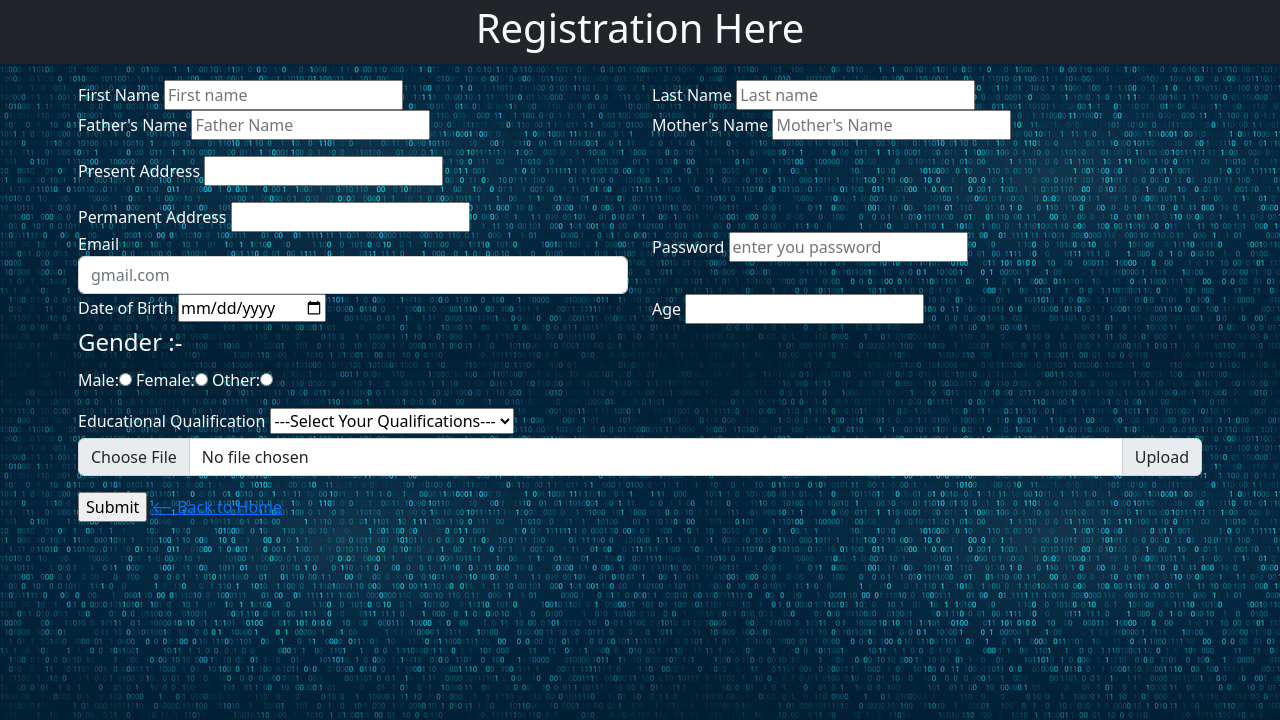
Repository: OmarFaruq97/JspServlet
Page: http://localhost/Form/pages/MainForm.jsp
These files come from the project's save history. The page is drawn as it stood at one moment and after the next save; the edit follows.
The browser window is 1280 px wide. The pictures show the whole page.
The page is served by Tomcat 9.

Above is the page before, as saved 2025-02-07 12:22:24.

After the next save:
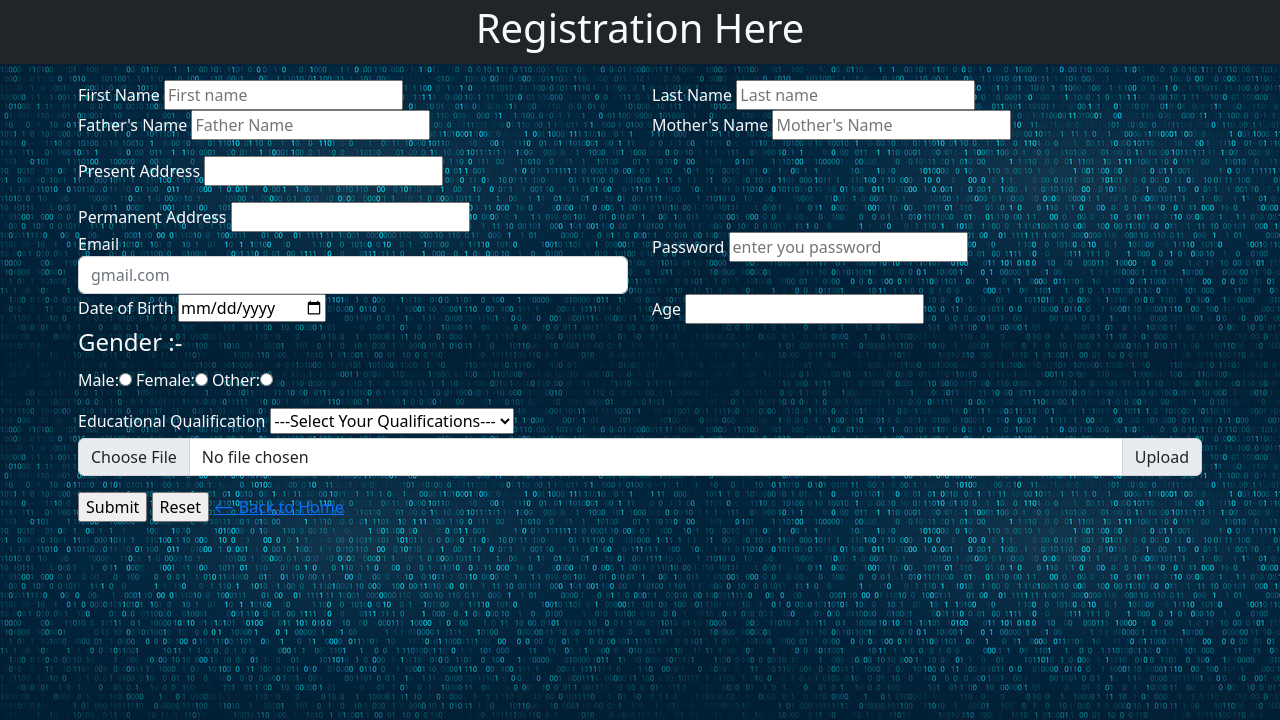
Saved 94 s later.
--- a/Form/src/main/webapp/pages/MainForm.jsp
+++ b/Form/src/main/webapp/pages/MainForm.jsp
@@ -111,6 +111,7 @@
 
       <div class="mt-3">
         <input type="Submit" name="" value="Submit">
+        <input type="Reset" name="" value="Reset">
         <a  href="/Form">⟵ Back to Home</a>
 
       </div>
